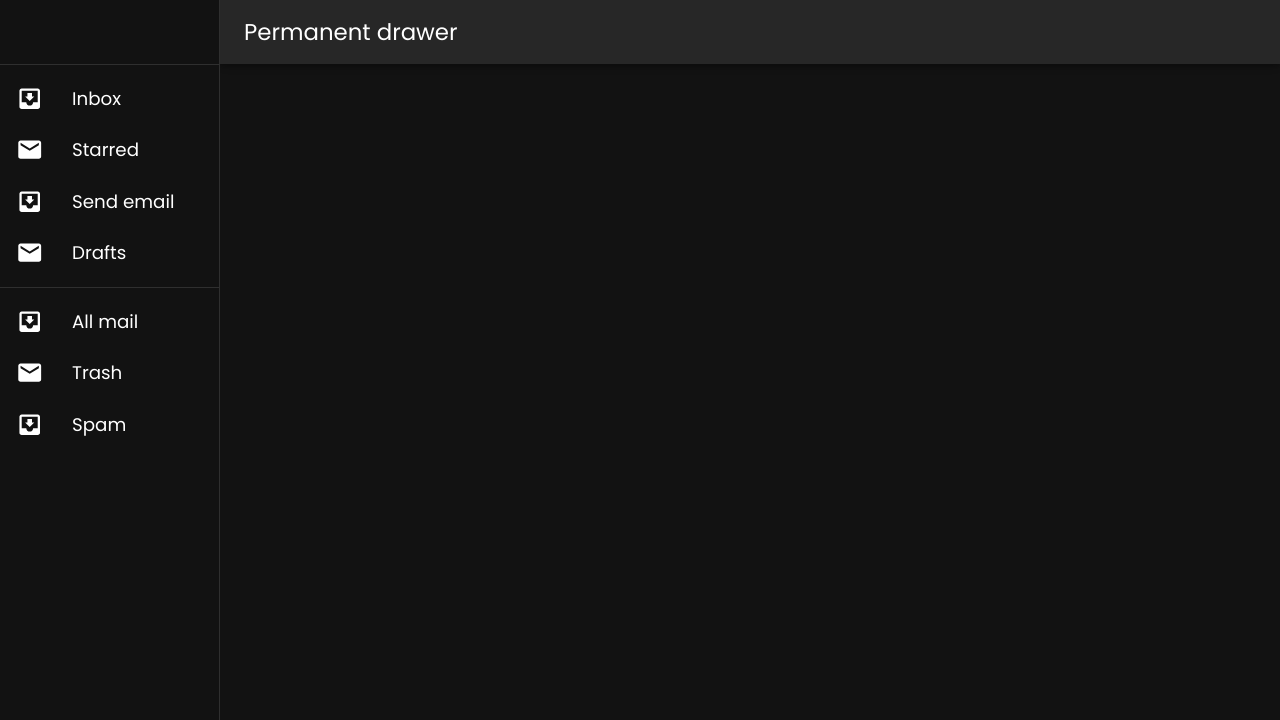
Repository: rutsguifd/the-movie-site
Page: /
The author's editor kept a copy of each file at every save. The page is drawn from the files as they stood at one save, then again after the next save.
The browser window is 1280 px wide. The pictures show the whole page.
The page's requests for data from a server got no answer. The project was rebuilt for these pictures with package versions that can differ from the ones it lists, and the page was loaded fresh each time. No one was signed in, and anything a server would have sent is missing. Also part of the build but not shown: src/components/MovieCard/MovieCard.tsx. Imported but missing from the stored project, and not drawn on this page: src/utils/constants.

Above is the page before, as saved 2023-06-23 23:02:16.

After the next save:
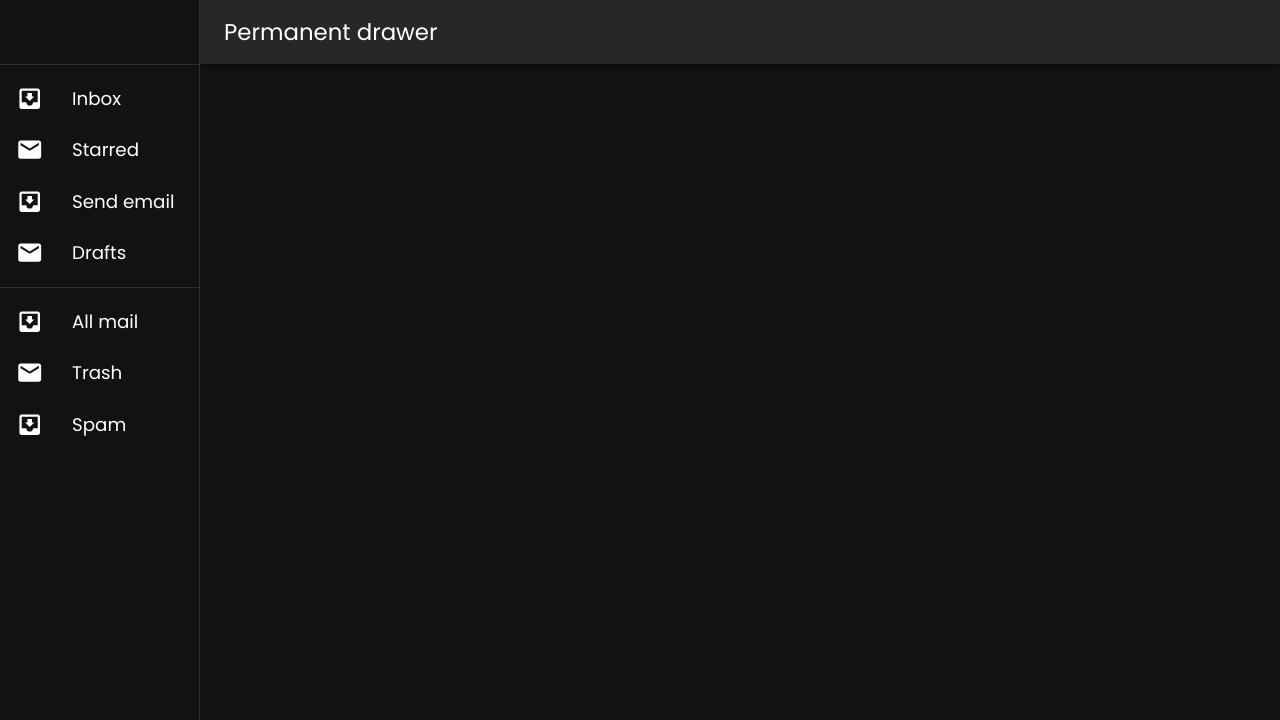
Saved 10 s later.
--- a/src/layout/MainLayout.tsx
+++ b/src/layout/MainLayout.tsx
@@ -16,7 +16,7 @@ import MailIcon from "@mui/icons-material/Mail";
 import { Props } from "@react-three/fiber";
 import { Container } from "@mui/material";
 
-const drawerWidth = 220;
+const drawerWidth = 200;
 
 export default function PermanentDrawerLeft({ children }: Props) {
   return (
